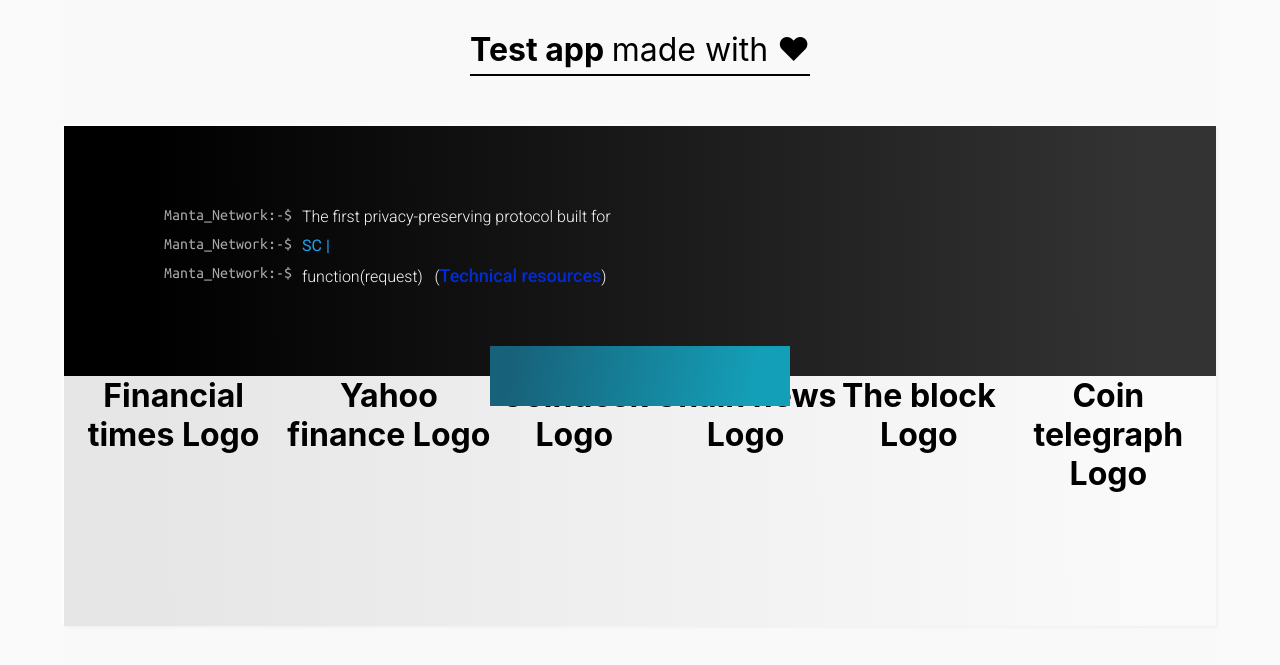
Repository: Khattak01/test-app
Page: /
An editor plug-in stored every save of this project. The page is shown before and after the next save, followed by the edit.
The browser window is 1280 px wide. The pictures show the whole page.
The project was rebuilt for these pictures with package versions that can differ from the ones it lists, and the page was loaded fresh each time.

Above is the page before, as saved 2021-05-12 08:31:51.

### public/index.html
<!DOCTYPE html>
<html lang="en">
  <head>
    <meta charset="utf-8" />
    <link rel="icon" href="%PUBLIC_URL%/favicon.ico" />
    <meta name="viewport" content="width=device-width, initial-scale=1" />
    <meta name="theme-color" content="#000000" />
    <meta
      name="description"
      content="Web site created using create-react-app"
    />
    <link rel="apple-touch-icon" href="%PUBLIC_URL%/logo192.png" />
    <!--
      manifest.json provides metadata used when your web app is installed on a
      user's mobile device or desktop. See https://developers.google.com/web/fundamentals/web-app-manifest/
    -->
    <link rel="manifest" href="%PUBLIC_URL%/manifest.json" />
    <!--
      Notice the use of %PUBLIC_URL% in the tags above.
      It will be replaced with the URL of the `public` folder during the build.
      Only files inside the `public` folder can be referenced from the HTML.

      Unlike "/favicon.ico" or "favicon.ico", "%PUBLIC_URL%/favicon.ico" will
      work correctly both with client-side routing and a non-root public URL.
      Learn how to configure a non-root public URL by running `npm run build`.
    -->
    <title>Test App</title>
  </head>
  <body>
    <noscript>You need to enable JavaScript to run this app.</noscript>
    <div id="root"></div>
    <!--
      This HTML file is a template.
      If you open it directly in the browser, you will see an empty page.

      You can add webfonts, meta tags, or analytics to this file.
      The build step will place the bundled scripts into the <body> tag.

      To begin the development, run `npm start` or `yarn start`.
      To create a production bundle, use `npm run build` or `yarn build`.
    -->
  </body>
</html>

### src/index.js
import React from 'react';
import ReactDOM from 'react-dom';
import './index.css';
import App from '../src/components/app/App';

ReactDOM.render(
  <React.StrictMode>
      <App />
  </React.StrictMode>,
  document.getElementById('root')
);

### src/index.css
*{
  margin: 0;
  padding: 0;
  box-sizing: border-box;
}
body {
  margin: 0;
  font-family: -apple-system, BlinkMacSystemFont, 'Segoe UI', 'Roboto', 'Oxygen',
    'Ubuntu', 'Cantarell', 'Fira Sans', 'Droid Sans', 'Helvetica Neue',
    sans-serif;
  -webkit-font-smoothing: antialiased;
  -moz-osx-font-smoothing: grayscale;
}

code {
  font-family: source-code-pro, Menlo, Monaco, Consolas, 'Courier New',
    monospace;
}

.container{
  width:90%;
  margin:auto auto;
  background-color: #f9f9f9;
  padding: 10px;
}

### src/components/app/App.js
import React from 'react'
import './App.css'
import Banner from '../banner/Banner'

const App = () => {
    return (
        <div className="app container">
            <h1>Test app <span style={{fontWeight:'lighter'}}> made with </span> &#10084;</h1>
            <Banner />
        </div>
    )
}

export default App

### src/components/app/App.css
@import url("https://fonts.googleapis.com/css2?family=Ubuntu+Mono:ital,wght@0,400;0,700;1,400&display=swap");
@import url("https://fonts.googleapis.com/css2?family=Roboto:ital,wght@0,300;0,400;0,500;0,700;1,300;1,400;1,500;1,700&display=swap");

body {
  background-color: #fafafa;
}
.app {
  padding: 30px 0;
  min-height: 100vh;
  text-align: center;
}
.app > h1 {
  display: inline-block;

  text-align: center;
  width: max-content;
  padding-bottom: 5px;
  border-bottom: 2px solid black;
  margin-bottom: 50px;
}

:root {
  --color-primary: linear-gradient(
    100.28537797494744deg,
    rgba(23, 98, 122, 1) 6.8671875%,
    rgba(23, 98, 122, 1) 8.216145833333332%,
    rgba(20, 159, 184, 1) 87.80468749999999%
  );

  --color-dark: linear-gradient(
    89.76211853375082deg,
    rgba(0, 0, 0, 1) 5.893229166666666%,
    rgba(0, 0, 0, 1) 7.356770833333332%,
    rgba(51, 51, 51, 1) 93.70572916666666%
  );

  --color-light: linear-gradient(
    89.76211853375082deg,
    rgba(230, 230, 230, 1) 5.893229166666666%,
    rgba(230, 230, 230, 1) 7.356770833333332%,
    rgba(250, 250, 250, 1) 93.70572916666666%
  );

  --font-heading: "Ubuntu Mono", monospace;
  --font-generic: "Roboto", sans-serif;
}

.heading{
  font-family:var(--font-heading);
  color: #a8a8a8;
  font-weight:500;
}
.text{
  font-family: var(--font-generic);
  color: #fafafa;
  font-weight:300;
}

### src/components/banner/Banner.js
import React from 'react'
import classes from './Banner.module.css'

import Box from '../../UI/box/Box'

const Banner = () => {

    return (
        <Box className={classes.banner}>
            {/* <h1>Test App</h1>
            <button className={classes.banner__btn}>Button</button> */}
            <div className={classes.banner__top}>
                <div className={classes.text_box}>
                    <h4 className="heading">Manta_Network:-$</h4>
                    <p className='text'>The first privacy-preserving protocol built for</p>
                </div>
                <div className={classes.text_box}>
                    <h4 className="heading">Manta_Network:-$</h4>
                    <p style={{ color: '#1ba4f3' }}>SC |</p>
                </div>
                <div className={classes.text_box}>
                    <h4 className="heading">Manta_Network:-$</h4>
                    <p className='text'>function(request) &nbsp;&nbsp;(<span style={{ color: '#002bd9', fontSize: '18px', fontWeight: 500 }}>Technical resources</span>)</p>
                </div>
            </div>
            <div className={classes.banner__center}></div>
            <div className={classes.banner__bottom}>
                <div><h1>Financial times Logo</h1></div>
                <div><h1>Yahoo finance Logo</h1></div>
                <div><h1>Coindesk Logo</h1></div>
                <div><h1>Chain news Logo</h1></div>
                <div><h1>The block Logo</h1></div>
                <div><h1>Coin telegraph  Logo</h1></div>
            </div>
        </Box>
    )
}

export default Banner

### src/components/banner/Banner.module.css
.banner {
  width: 100%;
  max-width: 80rem;
  /* border: 1px solid black; */
  margin: auto auto;
  /* padding: 20px; */
  position: relative;
}

.banner__top,.banner__bottom{
  min-height: 250px;
  width: 100%;
  background-color: red;
}
.text_box{
  display: flex;
  margin-bottom: 10px;
}

.text_box p{
  margin-left: 10px;
  font-family: var(--font-generic);
}
.banner__top{
  background-image: var(--color-dark);
  position: relative;

  display: flex;
  justify-content: center;
  flex-direction: column;
  padding-left: 100px;

}
.banner__center{
  position: absolute;
  top: 50%;
  left: 50%;
  transform: translate(-50%,-50%);

  background-image: var(--color-primary);
  width: 300px;
  height:60px
}
.banner__bottom{
  background-image: var(--color-light);
  display: flex;
}



.banner__btn {
  margin: auto auto;
  width: 300px !important;
  display: flex;
  justify-content: center;
  align-items: center;
  /* background:#1AAB8A; */

  background-image: var(--color-primary);

  color: #fff;
  border: none;
  position: relative;
  height: 60px;
  font-size: 18px;
  padding: 0 20px;
  cursor: pointer;
  transition: 800ms ease all;
  outline: none;
}
.banner__btn:hover {
  background: #fff;
  color: #1aab8a;
}
.banner__btn:before,
.banner__btn:after {
  content: "";
  position: absolute;
  top: 0;
  right: 0;
  height: 2px;
  width: 0;
  background: #1aab8a;
  transition: 400ms ease all;
}
.banner__btn:after {
  right: inherit;
  top: inherit;
  left: 0;
  bottom: 0;
}
.banner__btn:hover:before,
.banner__btn:hover:after {
  width: 100%;
  transition: 800ms ease all;
}

### src/UI/box/Box.js

import React from 'react'
import classes from './Box.module.css'

const Box = (props) => {
    return (
        <div onClick={props.onClick} className={[classes.box,props.className].join(' ')}>
            {props.children}
        </div>
    )
}

export default Box

### src/UI/box/Box.module.css
.box {
  background-color: #ffffff;
  transition: all 0.25s cubic-bezier(0.86, 1.26, 0.59, 1.03);
  /* min-height: 1rem; */
  /* padding: 1rem; */
  /* border-radius: 1rem; */
  box-shadow: 2px 2px 2px #f2f2f2, -2px -1px 3px #ffffff;
}
.box:hover {
  /* transform: translateZ(0) scale(1.05); */
  backface-visibility: hidden;
}

After the next save:
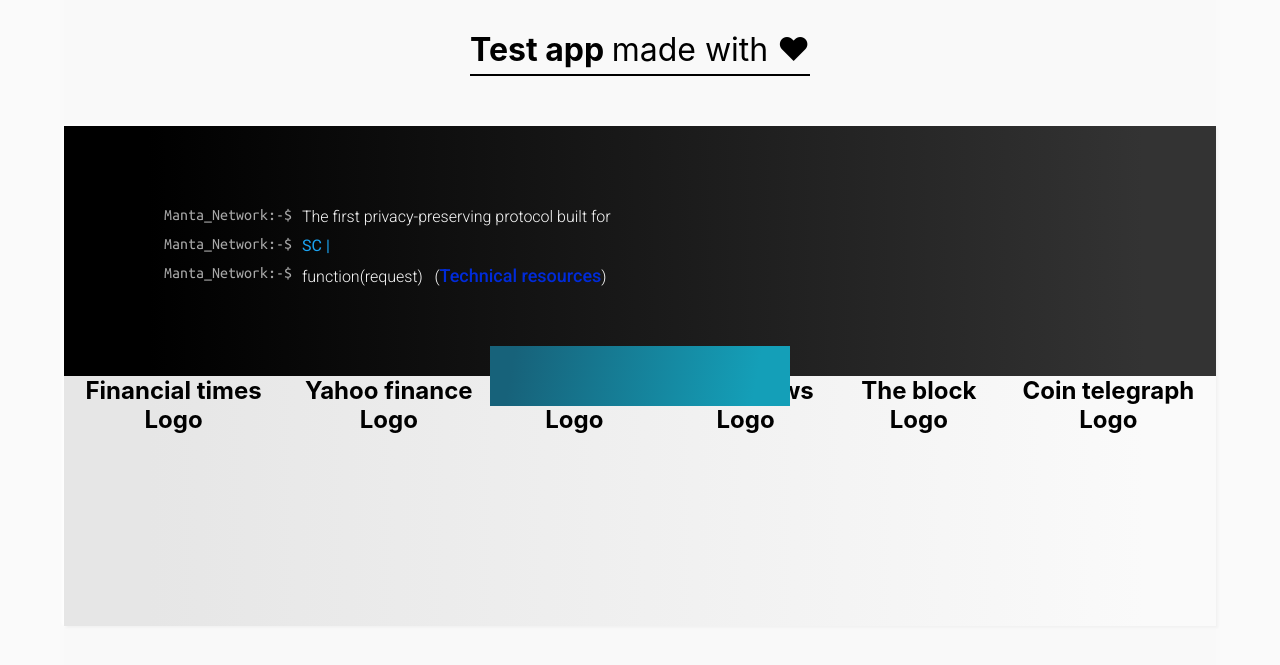
Saved 24 s later.
--- a/src/components/banner/Banner.js
+++ b/src/components/banner/Banner.js
@@ -25,12 +25,12 @@
             </div>
             <div className={classes.banner__center}></div>
             <div className={classes.banner__bottom}>
-                <div><h1>Financial times Logo</h1></div>
-                <div><h1>Yahoo finance Logo</h1></div>
-                <div><h1>Coindesk Logo</h1></div>
-                <div><h1>Chain news Logo</h1></div>
-                <div><h1>The block Logo</h1></div>
-                <div><h1>Coin telegraph  Logo</h1></div>
+                <div><h2>Financial times Logo</h2></div>
+                <div><h2>Yahoo finance Logo</h2></div>
+                <div><h2>Coindesk Logo</h2></div>
+                <div><h2>Chain news Logo</h2></div>
+                <div><h2>The block Logo</h2></div>
+                <div><h2>Coin telegraph  Logo</h2></div>
             </div>
         </Box>
     )
